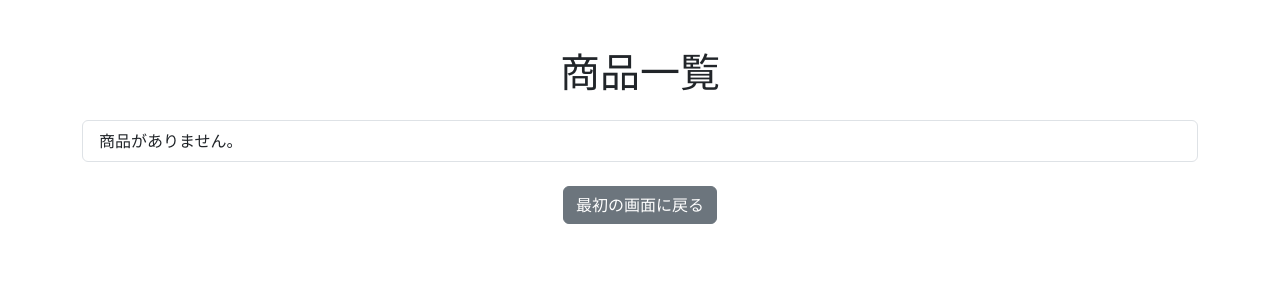
Repository: mamesuke7274/2024_kouki_kuwayamasyoutarou
Page: http://localhost/product/
An editor plug-in stored every save of this project. The page is shown before and after the next save, followed by the edit.
The browser window is 1280 px wide. The pictures show the whole page.
The page is served by the project's application, run on Django 4.2 (manage.py). Queries for data that is not in the repository find no rows.

Above is the page before, as saved 2024-11-13 15:04:56.

After the next save:
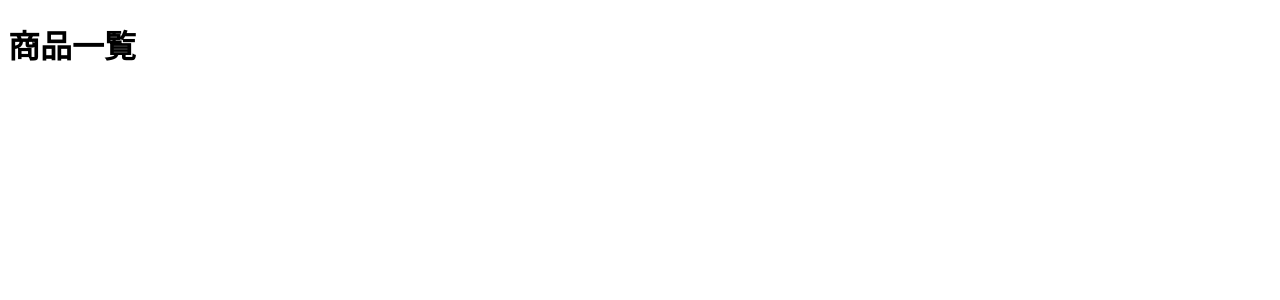
Saved 21 s later.
--- a/search_app/templates/product_list.html
+++ b/search_app/templates/product_list.html
@@ -1,49 +1,96 @@
 <!DOCTYPE html>
 <html lang="ja">
-
 <head>
     <meta charset="UTF-8">
-    <meta name="viewport" content="width=device-width, initial-scale=1.0">
     <title>商品一覧</title>
-    <!-- Bootstrap CSS -->
-    <link href="https://cdn.jsdelivr.net/npm/bootstrap@5.3.0-alpha1/dist/css/bootstrap.min.css" rel="stylesheet">
+    <style>
+        /* タブのスタイル */
+        .tab {
+            display: inline-block;
+            padding: 10px;
+            border: 1px solid #ccc;
+            margin-right: 5px;
+            cursor: pointer;
+            position: relative;
+        }
+        .tab-content {
+            margin-top: 20px;
+            border: 1px solid #ccc;
+            padding: 10px;
+        }
+        .close-btn {
+            position: absolute;
+            top: 2px;
+            right: 5px;
+            cursor: pointer;
+            color: red;
+            font-weight: bold;
+        }
+    </style>
 </head>
+<body>
+    <h1>商品一覧</h1>
+    <ul>
+        {% for product in products %}
+            <li><a href="#" onclick="openTab({{ product.id }}); return false;">{{ product.name }}</a></li>
+        {% endfor %}
+    </ul>
 
-<body>
-    <div class="container mt-5">
-        <h1 class="text-center mb-4">商品一覧</h1>
-        <!-- 商品リスト -->
-        <ul class="list-group">
-            {% for product in products %}
-            <li class="list-group-item d-flex justify-content-between align-items-center">
-                <div>
-                    <h5>{{ product.name }}</h5>
-                    <p>{{ product.price }}円</p>
-                </div>
-                <div>
-                    <!-- 編集ボタン -->
-                    <a href="{% url 'product_update' product.id %}" class="btn btn-primary me-2">編集</a>
-                    <!-- 削除ボタン -->
-                    <form action="{% url 'product_delete' product.id %}" method="POST" style="display:inline;"
-                        onsubmit="return confirm('本当に削除しますか？');">
-                        {% csrf_token %}
-                        <button type="submit" class="btn btn-danger">削除</button>
-                    </form>
-                </div>
-            </li>
-            {% empty %}
-            <li class="list-group-item">商品がありません。</li>
-            {% endfor %}
-        </ul>
+    <div id="tabs-container"></div>
 
-        <!-- 最初の画面に戻るボタン -->
-        <div class="mt-4 text-center">
-            <a href="{% url 'search_view' %}" class="btn btn-secondary">最初の画面に戻る</a>
-        </div>
-    </div>
+    <script>
+        // タブのデータを管理するオブジェクト
+        const tabs = {};
 
-    <!-- Bootstrap JS -->
-    <script src="https://cdn.jsdelivr.net/npm/bootstrap@5.3.0-alpha1/dist/js/bootstrap.bundle.min.js"></script>
+        // タブを開く関数
+        function openTab(productId) {
+            // すでに開かれている場合はアクティブにするだけ
+            if (tabs[productId]) {
+                document.querySelector(`#tab-${productId}`).classList.add('active');
+                return;
+            }
+
+            // Ajaxで商品詳細を取得
+            fetch(`/product/${productId}/detail-api/`)
+                .then(response => response.json())
+                .then(data => {
+                    // 新しいタブのHTMLを作成
+                    const tab = document.createElement('div');
+                    tab.classList.add('tab');
+                    tab.id = `tab-${data.id}`;
+                    tab.innerHTML = `
+                        ${data.name} <span class="close-btn" onclick="closeTab(${data.id});">&times;</span>
+                    `;
+
+                    // タブのコンテンツも追加
+                    const content = document.createElement('div');
+                    content.classList.add('tab-content');
+                    content.id = `content-${data.id}`;
+                    content.innerHTML = `
+                        <h2>${data.name}</h2>
+                        <p>${data.description}</p>
+                        <p>価格: ¥${data.price}</p>
+                        <p>カテゴリ: ${data.category}</p>
+                    `;
+
+                    // DOMに追加
+                    document.getElementById('tabs-container').appendChild(tab);
+                    document.getElementById('tabs-container').appendChild(content);
+
+                    // タブのデータを保存
+                    tabs[productId] = { tab, content };
+                });
+        }
+
+        // タブを閉じる関数
+        function closeTab(productId) {
+            const tabData = tabs[productId];
+            if (tabData) {
+                tabData.tab.remove();
+                tabData.content.remove();
+                delete tabs[productId];
+            }
+        }
+    </script>
 </body>
-
 </html>
